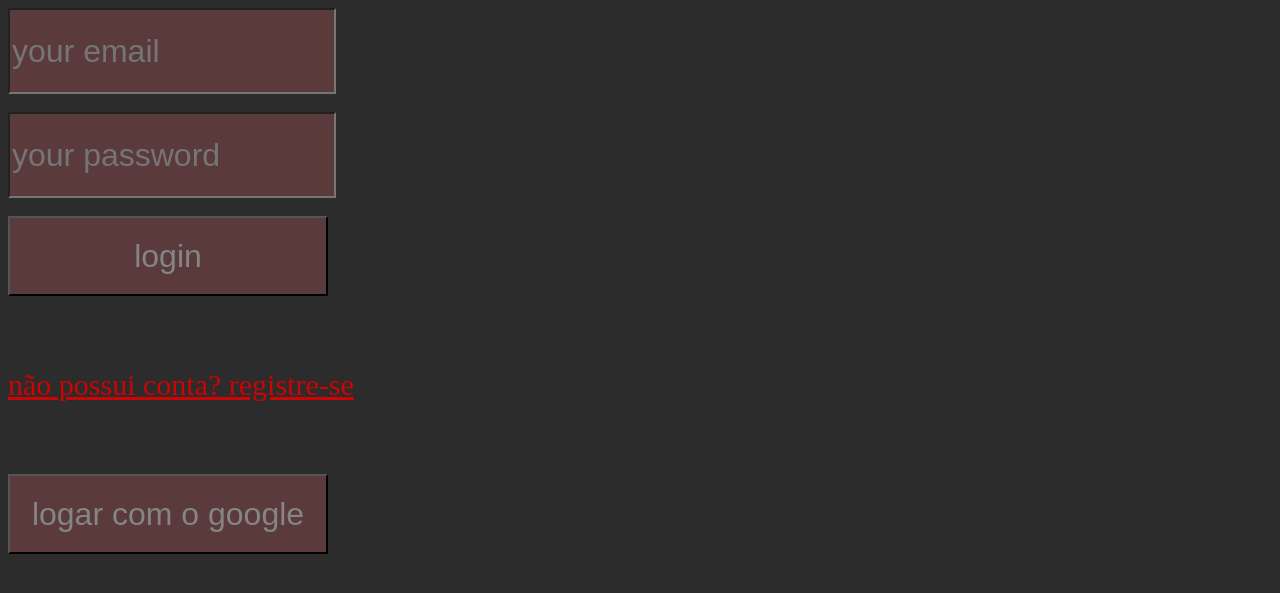
Repository: Vinicius-Borges7/NMLS
Page: frontend/pages/index.html
These files come from the project's save history. The page is drawn as it stood at one moment and after the next save; the edit follows.
The browser window is 1280 px wide. The pictures show the whole page.

Above is the page before, as saved 2023-05-22 14:53:30.

### frontend/pages/index.html
<!DOCTYPE html>
<html lang="en">
<head>
    <meta charset="UTF-8">
    <meta http-equiv="X-UA-Compatible" content="IE=edge">
    <meta name="viewport" content="width=device-width, initial-scale=1.0">
    <title>login</title>

    <link href="../styles/index.css" rel="stylesheet"/>
    <script src="../scripts/index.js" async></script>
</head>
<body>
    <section>
        <input name="email" id="iptEmail" placeholder="your email" required/><br/><br/>
        <input name="password" id="iptPassword" placeholder="your password" required/><br/><br/>
        <button onclick="login()">login</button><br/><br/><br/><br/><br/>
    </section>

    <section>
        <a href="file:///C:/Users/if4health/Desktop/LoginSystem/frontend/pages/register.html">não possui conta? registre-se</a>
        <br/><br/><br/><br/><br/>
    </section>

    <section>
        <button>logar com o google</button>
    </section>
</body>
</html>

### frontend/styles/index.css
body{
    background-color: rgb(44, 44, 44);
}

input{
    background-color: rgb(90, 58, 58);
    width: 20rem;
    height: 5rem;
    font-size: 2rem;

    color: rgb(206, 3, 3);
}

button{
    background-color: rgb(90, 58, 58);
    width: 20rem;
    height: 5rem;
    font-size: 2rem;

    color: rgb(133, 133, 133);
}

a{
    color: rgb(206, 3, 3);
    font-size: 30px;
}

### frontend/scripts/index.js
async function login() {
    const email = document.querySelector('#iptEmail').value;
    const password = document.querySelector('#iptPassword').value;

    const body = {
      email: email,
      password: password
    };

    try {
      const response = await fetch('http://localhost:8080/user/login', {
        method: 'POST',
        headers: {
          'Content-Type': 'application/json'
        },
        body: JSON.stringify(body)
      });

      let data = await response.json();

      if(response.status === 200){
        console.log(data.token);
      }

      if (response.status === 401) {
        throw new Error('Credenciais inválidas');
      }

      if (!response.ok) {
        throw new Error('Erro na requisição');
      }

    } catch (error) {
      console.error(error);
        window.alert("senha incorreta")
    }
  }

After the next save:
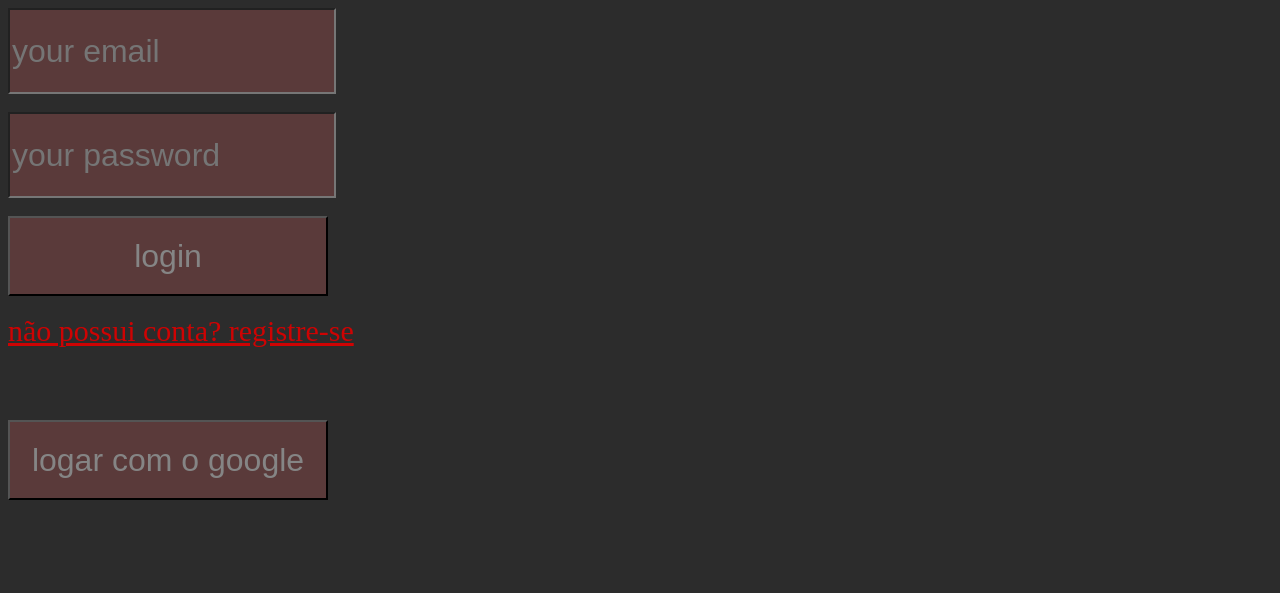
Saved 8 s later.
--- a/frontend/pages/index.html
+++ b/frontend/pages/index.html
@@ -13,7 +13,7 @@
     <section>
         <input name="email" id="iptEmail" placeholder="your email" required/><br/><br/>
         <input name="password" id="iptPassword" placeholder="your password" required/><br/><br/>
-        <button onclick="login()">login</button><br/><br/><br/><br/><br/>
+        <button onclick="login()">login</button><br/><br/>
     </section>
 
     <section>
